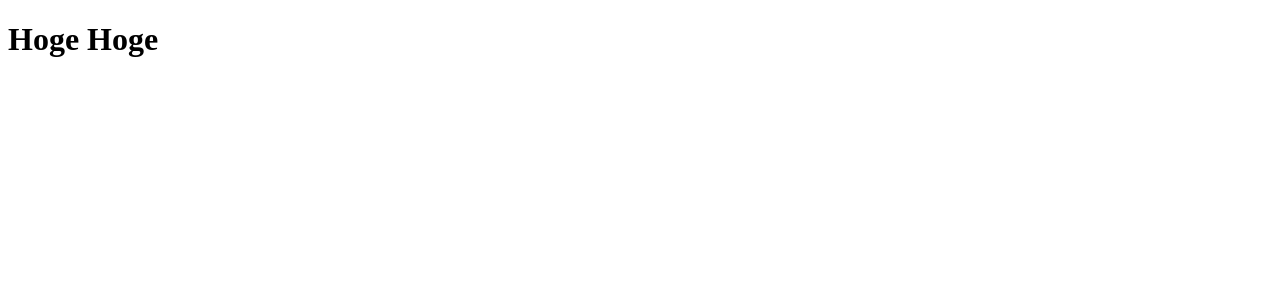
Repository: IzIzKen/samurai_HTML-CSS
Page: HTML CSSを学びWebプログラミングの第一歩を踏み出そう/16章 レスポンシブデザイン/index.html
The author's editor kept a record of every edit. The page is drawn from the files as they stood at one moment, then again after the next edit.
The browser window is 1280 px wide. The pictures show the whole page.

Above is the page before.

After the next edit:
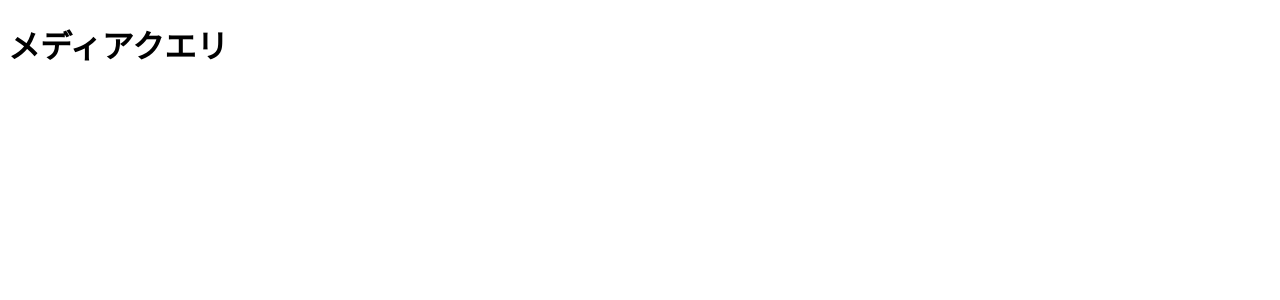
The edit:
--- a/HTML CSSを学びWebプログラミングの第一歩を踏み出そう/16章 レスポンシブデザイン/index.html
+++ b/HTML CSSを学びWebプログラミングの第一歩を踏み出そう/16章 レスポンシブデザイン/index.html
@@ -5,6 +5,8 @@
     <link rel="stylesheet" href="stylesheet.css">
 </head>
 <body>
-    <h1>Hoge Hoge</h1>
+    <div class="media">
+        <h1>メディアクエリ</h1>
+    </div>
 </body>
 </html>
